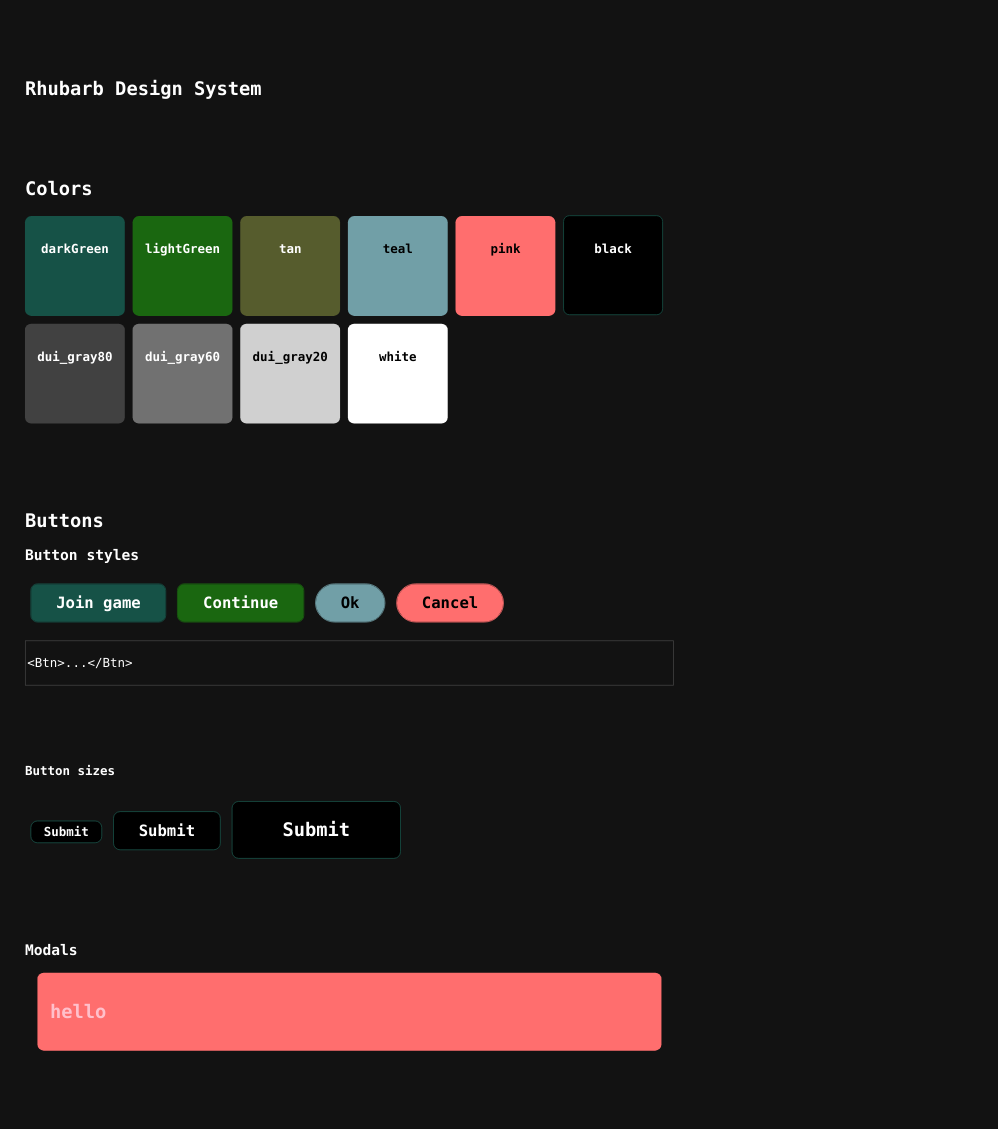
Repository: kttalley/designing-with-data_react-class
Page: / (app in lesson6_design-system-component-extension/)
These files come from the project's save history. The page is drawn as it stood at one moment and after a run of saves; the edit follows.
The browser window is 1280 px wide. The pictures show the whole page, at 78% of full size.
The project was rebuilt for these pictures with package versions that can differ from the ones it lists, and the page was loaded fresh each time. Imported but missing from the stored project, and not drawn on this page: lesson6_design-system-component-extension/src/Rhubarb/Input.

Above is the page before, as saved 2023-09-01 09:50:39.

After the next 2 saves:
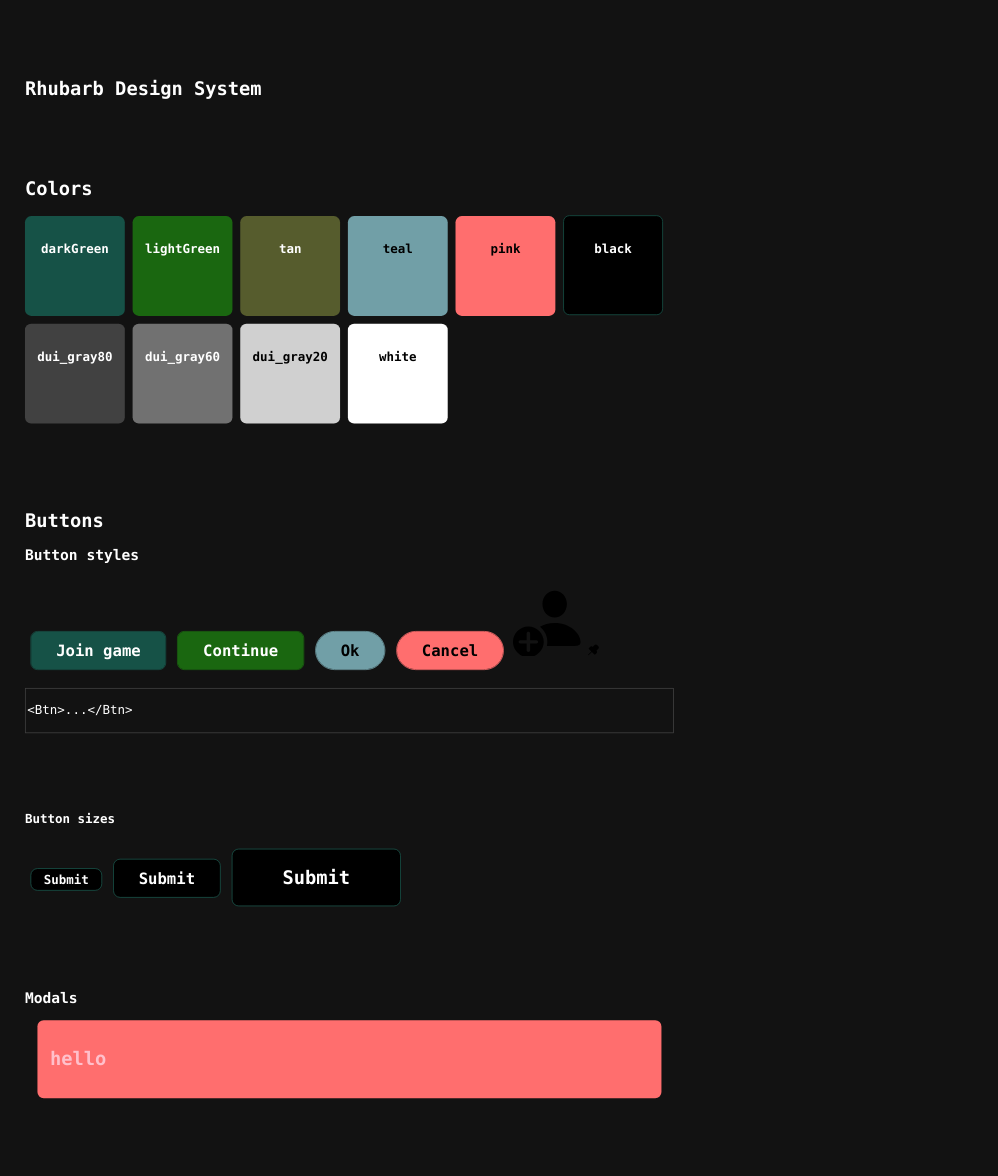
The 2 saves are shown as one change because 1 did not build or start.
The last was saved 3 min 6 s later.
--- a/lesson6_design-system-component-extension/src/App.js
+++ b/lesson6_design-system-component-extension/src/App.js
@@ -1,10 +1,11 @@
 import React, { Component } from 'react';
 import { DocsSection, DocsColorBox, DocsModalContainer, DocsCodeBlock } from './Docs';
+import Icon from './Rhubarb/Icon'
+
 import {
   GlobalStyle,
   Btn,
   Modal,
-  Icon
 } from './Rhubarb';
 
 class App extends Component {
@@ -37,6 +38,8 @@ class App extends Component {
           <Btn color="lightGreen">Continue</Btn>
           <Btn color="teal"  roundness="pill">Ok</Btn>
           <Btn color="pink"  roundness="pill">Cancel</Btn>
+          <Icon name="add" color="#000000" size={100}></Icon>
+          <Icon name="pin" color="#000000" />
           <DocsCodeBlock>
             <p>
               {"<Btn>...</Btn>"}
